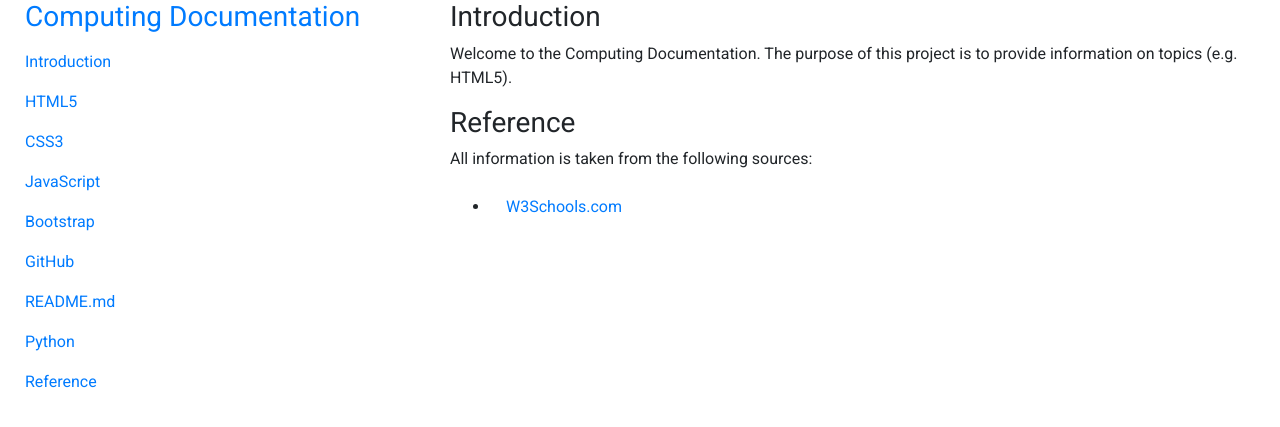
Repository: derektypist/technical-documentation-page
Page: index.html
The author's editor kept a record of every edit. The page is drawn from the files as they stood at one moment, then again after the next edit.
The browser window is 1280 px wide. The pictures show the whole page.

Above is the page before.

After the next edit:
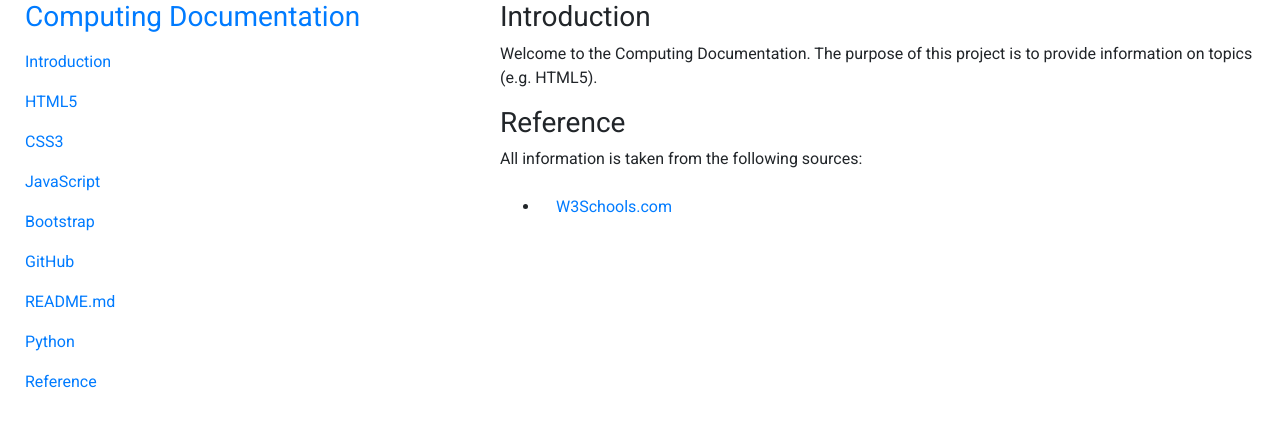
The edit:
--- a/index.html
+++ b/index.html
@@ -19,7 +19,7 @@
         /* Main Content */
         #main-doc {
           font-family: "Roboto", Arial, Verdana, sans-serif;
-          padding-left: 400px;
+          padding-left: 450px;
         }
 
         /* Main Section */

After the edit that followed:
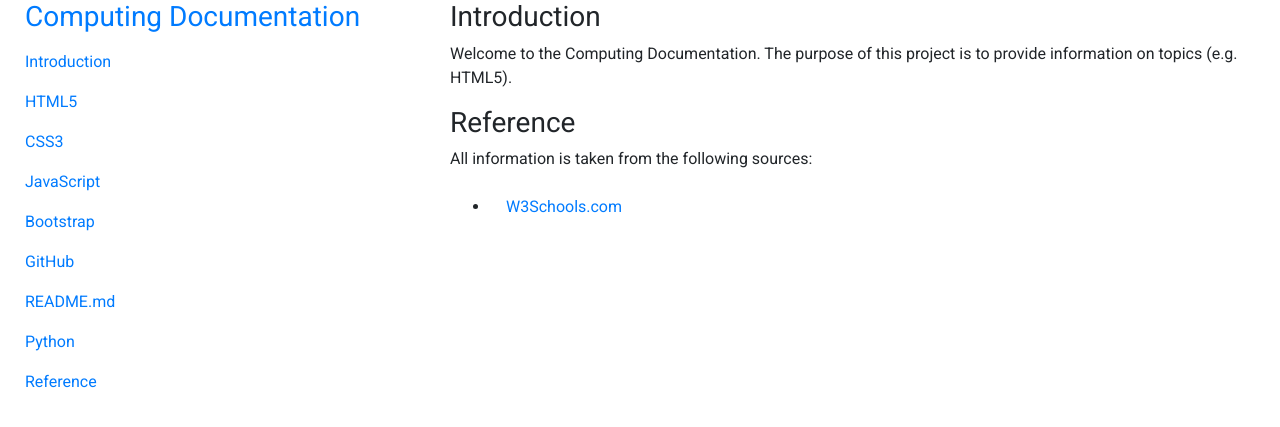
The edit:
--- a/index.html
+++ b/index.html
@@ -19,7 +19,7 @@
         /* Main Content */
         #main-doc {
           font-family: "Roboto", Arial, Verdana, sans-serif;
-          padding-left: 450px;
+          padding-left: 400px;
         }
 
         /* Main Section */
